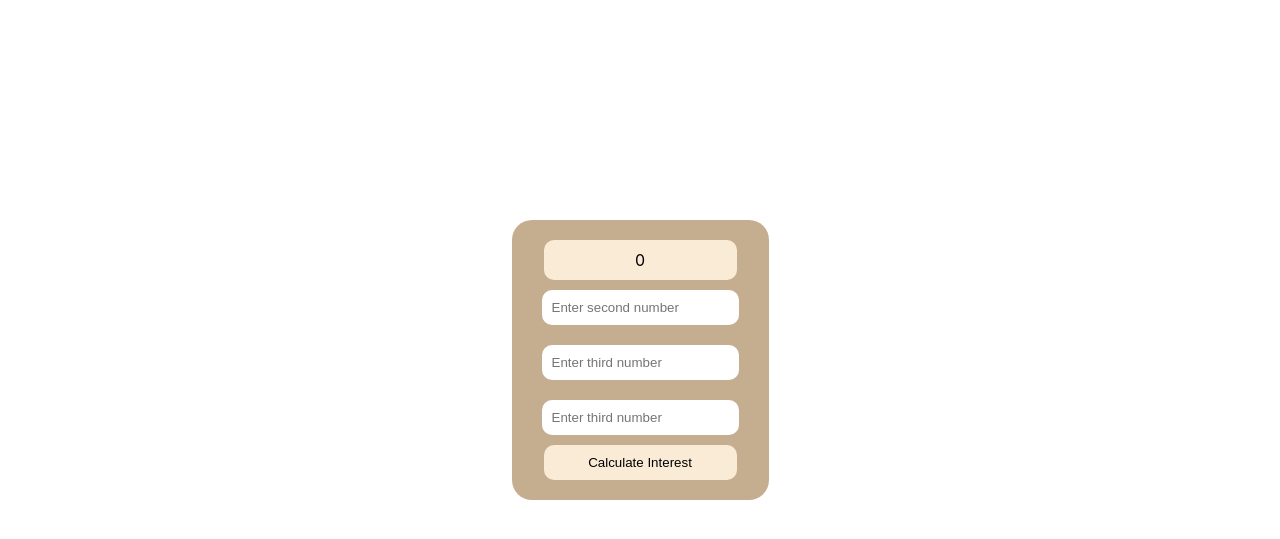
Repository: purnimapatel/SI-calculator
Page: /
These files come from the project's save history. The page is drawn as it stood at one moment and after the next save; the edit follows.
The browser window is 1280 px wide. The pictures show the whole page.
The project was rebuilt for these pictures with package versions that can differ from the ones it lists, and the page was loaded fresh each time.

Above is the page before, as saved 2024-08-26 11:45:37.

After the next save:
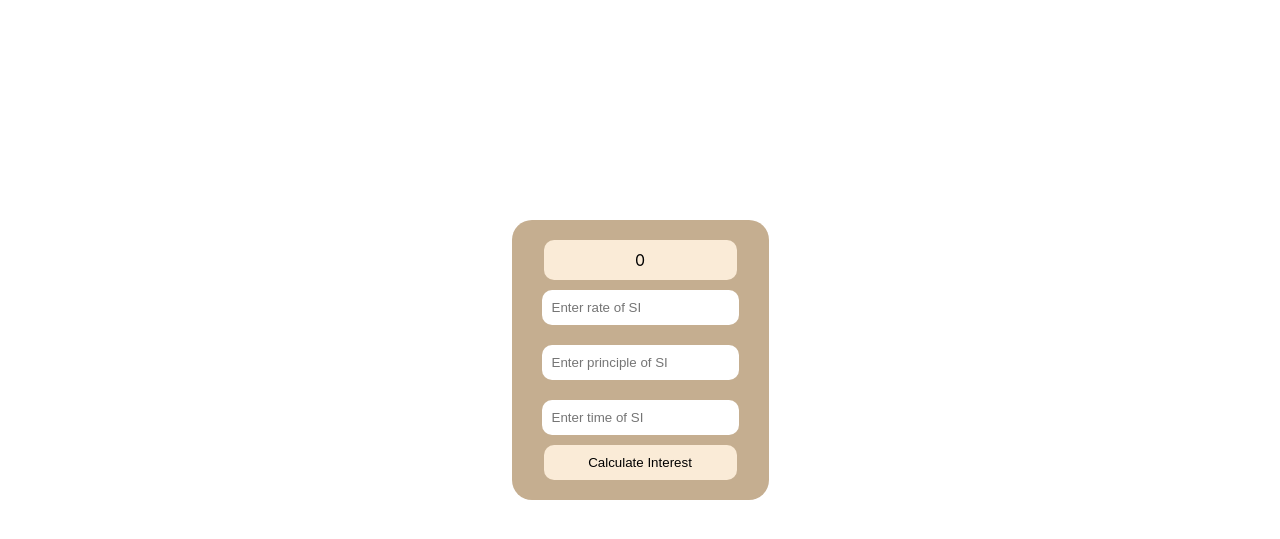
Saved 4 min 30 s later.
--- a/src/App.jsx
+++ b/src/App.jsx
@@ -21,21 +21,21 @@ function App() {
         id = "field"
         value={rate}
         onChange={(e) => setRate(Number(e.target.value))}
-        placeholder="Enter second number"
+        placeholder="Enter rate of SI"
       />
       <input
         type="number"
         id="field"
         value={principle}
         onChange={(e) => setPrinciple(Number(e.target.value))}
-        placeholder="Enter third number"
+        placeholder="Enter principle of SI"
       />
       <input
         type="number"
         id = "field"
         value={time}
         onChange={(e) => setTime(Number(e.target.value))}
-        placeholder="Enter third number"
+        placeholder="Enter time of SI"
       />
     <button className='btn' onClick={result}>Calculate Interest</button>
     </div>
